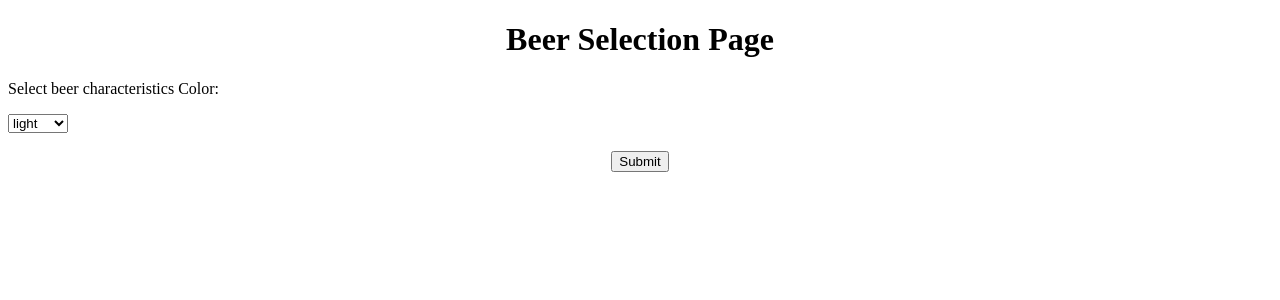
Repository: vedang03/servlet-jsp
Page: http://localhost/10-beer-app/beerSelect.jsp
These files come from the project's save history. The page is drawn as it stood at one moment and after the next save; the edit follows.
The browser window is 1280 px wide. The pictures show the whole page.
The page is served by Tomcat 9. Other server files are loaded and not shown.

Above is the page before, as saved 2023-10-14 15:33:08.

### 10-beer-app/WebContent/beerSelect.jsp
<%@ page language="java" contentType="text/html; charset=ISO-8859-1"
    pageEncoding="ISO-8859-1"%>
<!DOCTYPE html>
<html>
<head>
<meta charset="ISO-8859-1">
<title>Insert title here</title>
</head>
<body>
<h1 align="center">Beer Selection Page</h1>
<form method="POST" action="SelectBeer.do">
<p>Select beer characteristics
Color:
</p>

<select name="color" size="1">
<option value="light">light</option>
<option value="amber">amber</option>
<option value="brown">brown</option>
<option value="dark">dark</option>
</select>
<br><br>
<center>
<input type="SUBMIT">
</center>
</form>
</body>
</html>

After the next save:
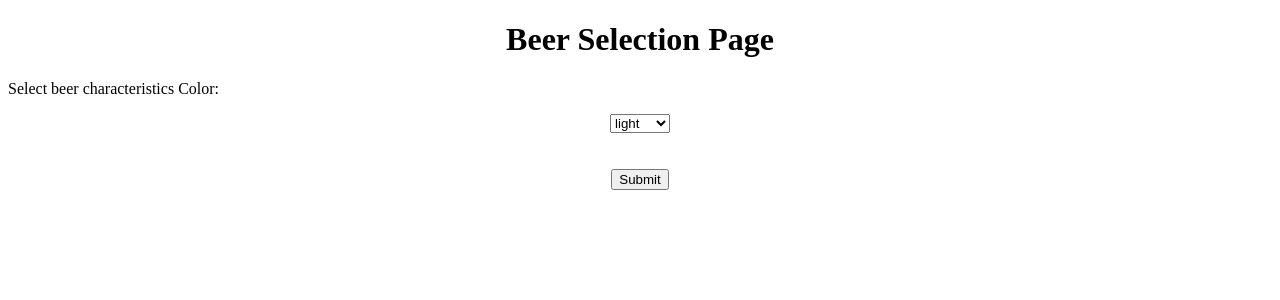
Saved 66 s later.
--- a/10-beer-app/WebContent/beerSelect.jsp
+++ b/10-beer-app/WebContent/beerSelect.jsp
@@ -12,13 +12,14 @@
 <p>Select beer characteristics
 Color:
 </p>
-
+<center>
 <select name="color" size="1">
 <option value="light">light</option>
 <option value="amber">amber</option>
 <option value="brown">brown</option>
 <option value="dark">dark</option>
 </select>
+</center>
 <br><br>
 <center>
 <input type="SUBMIT">
